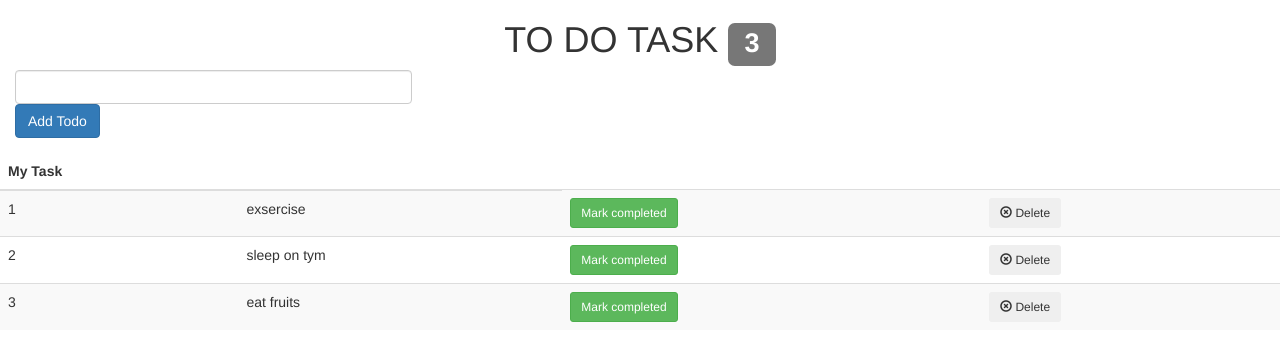
Repository: HemlataSachdeva/ToDoTestWS
Page: http://localhost/ToDoTest/
An editor plug-in stored every save of this project. The page is shown before and after the next save, followed by the edit.
The browser window is 1280 px wide. The pictures show the whole page.
Some web libraries are served in a nearby version. The page is served by Tomcat 9.

Above is the page before, as saved 2018-01-15 17:20:17.

After the next save:
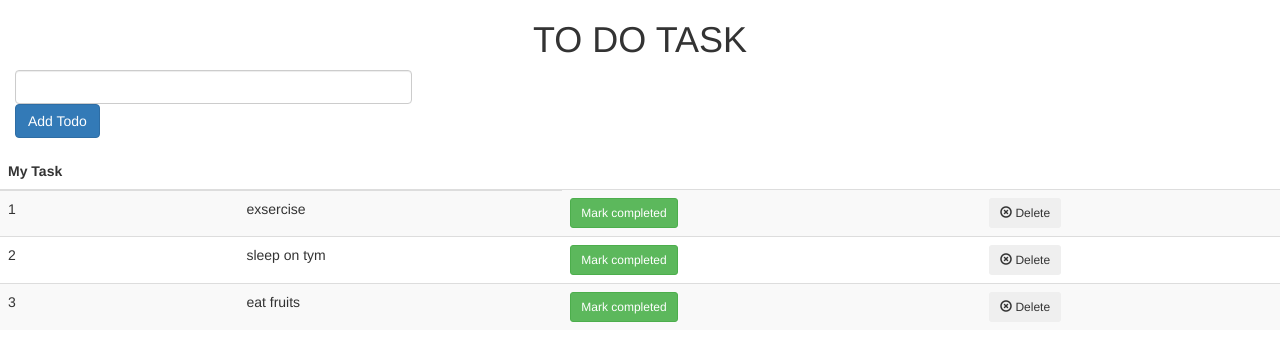
Saved 86 s later.
--- a/ToDoTest/WebContent/index.jsp
+++ b/ToDoTest/WebContent/index.jsp
@@ -46,7 +46,7 @@ app.controller('todoCtrl', function($scope) {
  <!doctype html>
 <html ng-app="myApp">
   <head>
-    <title>My Angular App</title>
+    <title>to do list</title>
  <link rel="stylesheet" href="http://maxcdn.bootstrapcdn.com/bootstrap/3.3.7/css/bootstrap.min.css">
  <script src="https://cdnjs.cloudflare.com/ajax/libs/jquery/3.1.0/jquery.min.js"></script>
  <script src="https://maxcdn.bootstrapcdn.com/bootstrap/3.3.7/js/bootstrap.min.js"></script>
@@ -94,7 +94,7 @@ app.controller('todoCtrl', function($scope) {
   </head>
   <body ng-controller="myCtrl">
 <h1 align="center">TO DO TASK
-<span class="label label-default">{{todo.length}}</span>
+
 </h1>
 <div class="form-group col-sm-4">
 <input type="text" id="entertask" class="form-control input-sm-6" ng-model="mtask"/>
